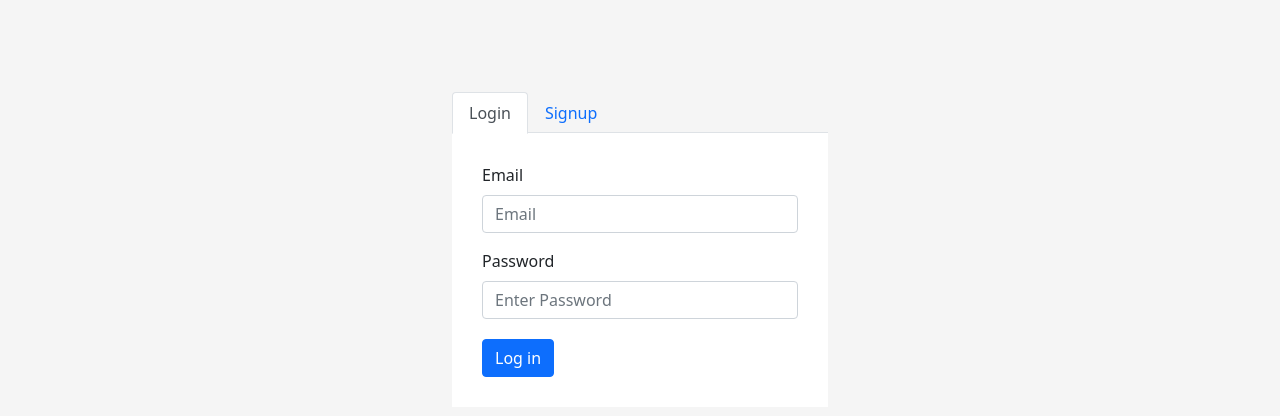
Repository: rabin-bhandari/LOGIN-SIGNUP
Page: http://localhost/
The author's editor kept a copy of each file at every save. The page is drawn from the files as they stood at one save, then again after the next save.
The browser window is 1280 px wide. The pictures show the whole page.
Some web libraries are served in a nearby version. The page is run by PHP 8.4 with error messages shown; the project is at /var/www/html/.

Above is the page before, as saved 2022-03-28 04:49:30.

### index.php
<?php
session_start();
if (isset($_SESSION['id']) && isset($_SESSION['email'])) {
    header("Location: welcome.php");
}

?>
<!DOCTYPE html>
<html lang="en">

<head>
    <!-- Required meta tags -->
    <meta charset="utf-8" />
    <meta name="viewport" content="width=device-width, initial-scale=1" />

    <!-- Bootstrap CSS -->
    <link href="https://cdn.jsdelivr.net/npm/bootstrap@5.1.3/dist/css/bootstrap.min.css" rel="stylesheet" integrity="sha384-1BmE4kWBq78iYhFldvKuhfTAU6auU8tT94WrHftjDbrCEXSU1oBoqyl2QvZ6jIW3" crossorigin="anonymous" />
    <link rel="stylesheet" href="main.css" />
    <title>LOGIN-SIGNUP (JQuery)</title>
</head>

<body>
    <div class="container">
        <nav>
            <div class="nav nav-tabs" id="nav-tab" role="tablist">
                <button class="nav-link active" id="nav-home-tab" data-bs-toggle="tab" data-bs-target="#nav-login" type="button" role="tab" aria-controls="nav-login" aria-selected="true">Login</button>
                <button class="nav-link" id="nav-profile-tab" data-bs-toggle="tab" data-bs-target="#nav-signup" type="button" role="tab" aria-controls="nav-signup" aria-selected="false">Signup</button>
            </div>
        </nav>
        <div class="tab-content" id="nav-tabContent">
            <div class="tab-pane fade show active" id="nav-login" role="tabpanel" aria-labelledby="nav-login-tab">
                <form id="login-form" method="post" action="login.php" class="needs-validation" novalidate>
                    <div class="form-row">
                        <div class="mb-3">
                            <label for="email" class="form-label">Email</label>
                            <input name="email" type="email" class="form-control" id="email" placeholder="Email" required />
                            <div class="valid-feedback">
                                Looks good!
                            </div>
                        </div>
                    </div>
                    <div class="form-row">
                        <div class="mb-3">
                            <label for="password" class="form-label">Password</label>
                            <input name="password" type="password" class="form-control" id="password" placeholder="Enter Password" required />
                            <div class="valid-feedback">
                                Looks good!
                            </div>
                        </div>
                    </div>
                    <button class="btn btn-primary mt-1" type="submit">Log in</button>
                </form>
            </div>
            <div class="tab-pane fade" id="nav-signup" role="tabpanel" aria-labelledby="nav-signup-tab">
                <form id="signup-form" action="signup.php" method="post" class="needs-validation" novalidate>
                    <div class="row g-3 mb-3">
                        <div class="col-md-6">
                            <label for="first-name" class="form-label">First name</label>
                            <input type="text" class="form-control" id="first-name" name="fname" placeholder="First name" required>
                        </div>
                        <div class="col-md-6">
                            <label for="last-name" class="form-label">Last name</label>
                            <input type="text" class="form-control" id="last-name" name="lname" placeholder="Last name" required>

                        </div>
                    </div>
                    <div class="form-row">
                        <div class="mb-3">
                            <label for="email" class="form-label">Email</label>
                            <input type="email" class="form-control" id="email" name="email" placeholder="Email" required />
                        </div>
                    </div>
                    <div class="form-row">
                        <div class="mb-3">
                            <label for="validation1" class="form-label">Password</label>
                            <input type="password" class="form-control" id="validation1" name="validation1" placeholder="Enter Password" required />
                        </div>
                    </div>
                    <div class="form-row">
                        <div class="mb-3">
                            <label for="validation2" class="form-label">Confirm Password</label>
                            <input type="password" class="form-control" id="validation2" name="validation2" oninput="validate_pw2(this)" placeholder="Re-Enter Password" required />
                            <div class="invalid-feedback">
                                Password's do not match!
                            </div>
                        </div>
                    </div>
                    <button id="btn2" class="btn btn-primary mt-1" type="submit">Sign Up</button>
                </form>
            </div>
        </div>
    </div>
    <script src="https://code.jquery.com/jquery-3.6.0.min.js" integrity="sha256-/xUj+3OJU5yExlq6GSYGSHk7tPXikynS7ogEvDej/m4=" crossorigin="anonymous"></script>
    <script src="https://cdn.jsdelivr.net/npm/jquery-validation@1.19.3/dist/jquery.validate.min.js"></script>
    <script src="https://cdn.jsdelivr.net/npm/@popperjs/core@2.10.2/dist/umd/popper.min.js" integrity="sha384-7+zCNj/IqJ95wo16oMtfsKbZ9ccEh31eOz1HGyDuCQ6wgnyJNSYdrPa03rtR1zdB" crossorigin="anonymous"></script>
    <script src="https://cdn.jsdelivr.net/npm/bootstrap@5.1.3/dist/js/bootstrap.min.js" integrity="sha384-QJHtvGhmr9XOIpI6YVutG+2QOK9T+ZnN4kzFN1RtK3zEFEIsxhlmWl5/YESvpZ13" crossorigin="anonymous"></script>
    <script src="validation.js"></script>

</body>

</html>

### main.css
body {
  display: flex;
  justify-content: center;
  align-items: center;
  padding-top: 10vh;
  background-color: #f5f5f5;
}

.container {
  display: table;
  max-width: 400px;
  margin: 20px auto;
}

.nav-tabs .nav-link {
  margin-bottom: -2px;
}

form {
  padding: 30px;
  background-color: #fff;
}

### validation.js
(function () {
  "use strict";

  // Fetch all the forms we want to apply custom Bootstrap validation styles to
  var forms = document.querySelectorAll(".needs-validation");

  // Loop over them and prevent submission
  Array.prototype.slice.call(forms).forEach(function (form) {
    form.addEventListener(
      "submit",
      function (event) {
        if (!form.checkValidity()) {
          event.preventDefault();
          event.stopPropagation();
        }
        form.classList.add("was-validated");
      },
      false
    );
  });
})();

function validate_pw2(pw2) {
  if (pw2.value !== $("#validation1").val()) {
    pw2.setCustomValidity("invalid");
  } else {
    pw2.setCustomValidity(""); // is valid
  }
}

function validate_edit_pw2(pw2) {
  // console.log("first:  " + $("#" + pw2.id + "1").val());
  // console.log("second:  " + $(pw2).val());
  if (pw2.value !== $("#" + pw2.id + "1").val()) {
    pw2.setCustomValidity("invalid");
  } else {
    pw2.setCustomValidity(""); // is valid
  }
}

After the next save:
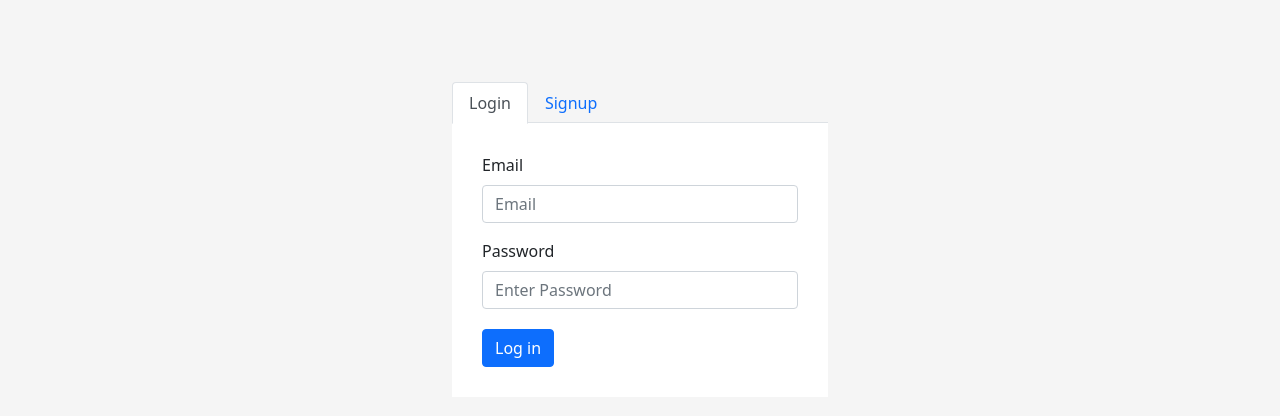
Saved 11 s later.
--- a/main.css
+++ b/main.css
@@ -9,7 +9,7 @@ body {
 .container {
   display: table;
   max-width: 400px;
-  margin: 20px auto;
+  margin: 10px auto;
 }
 
 .nav-tabs .nav-link {
